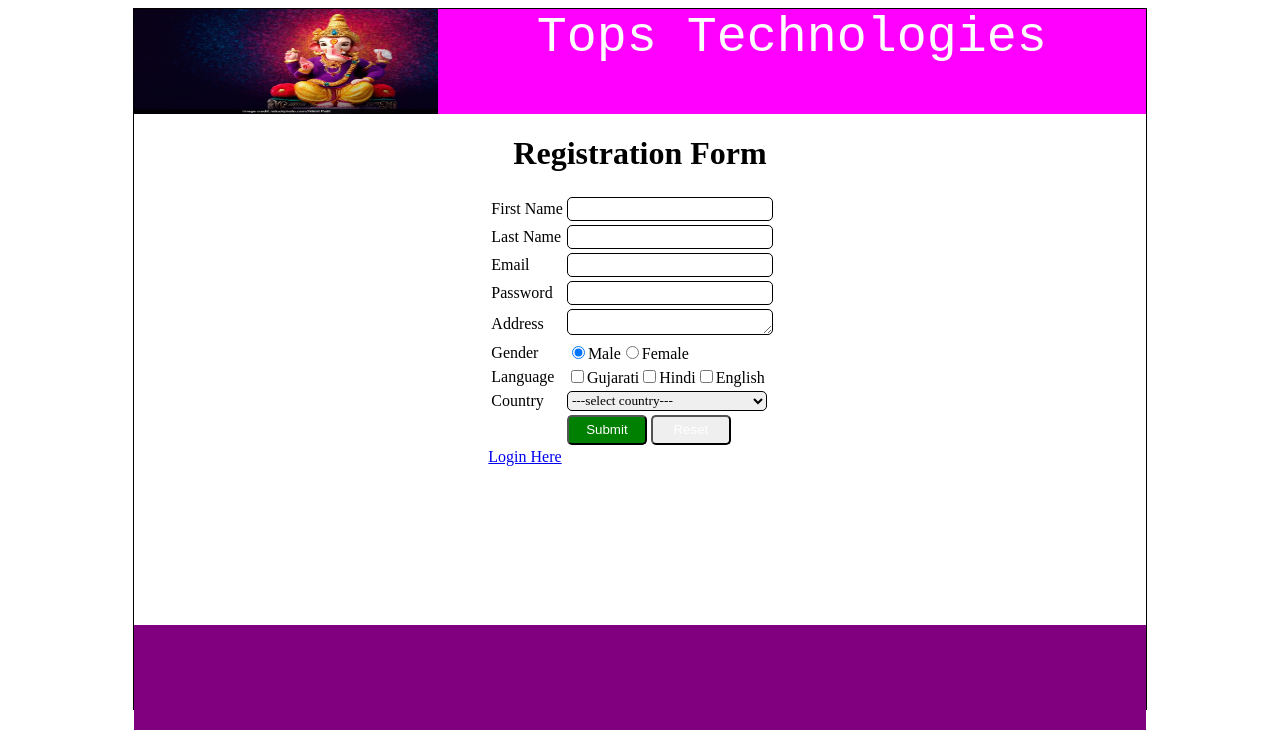
Repository: Laxman877/MyWorkspace
Page: Corejava/Learning_Web/src/main/webapp/division.html
These files come from the project's save history. The page is drawn as it stood at one moment and after the next save; the edit follows.
The browser window is 1280 px wide. The pictures show the whole page.

Above is the page before, as saved 2022-04-27 05:48:10.

### Corejava/Learning_Web/src/main/webapp/division.html
<!DOCTYPE html>
<html>
<head>
<meta charset="ISO-8859-1">
<title>Learn Div</title>
<link href="css/style1.css" rel="stylesheet">
</head>
<body>
<div id="container">
<div id="header">
<div id="logo">
<img alt="" src="image/ganpati bappa.jpg" height="100%" width="100%">
</div>
<div id="title">Tops Technologies</div>
</div>
<div id="main">
<h1 align="center">Registration Form</h1>
<form action="success.html" method="post">
<table>

<tr>
<td><label>First Name</label></td>
<td><input type="text" name="fname" class="textfield"></td>
</tr>

<tr>
<td><label>Last Name</label></td>
<td><input type="text" name="lname" class="textfield"></td>
</tr>

<tr>
<td><label>Email</label></td>
<td><input type="text" name="email" class="textfield"></td>
</tr>

<tr>
<td><label>Password</label></td>
<td><input type="text" name="pass" class="textfield"></td>
</tr>

<tr>
<td><label>Address</label></td>
<td><textarea rows="2" cols="20" name="adr" class="textfield"></textarea></td>
</tr>

<tr>
<td><label>Gender</label></td>
<td><input type="radio" name="gender" checked="checked">Male<input type="radio" name="gender">Female</td>
</tr>

<tr>
<td><label>Language</label></td>
<td><input type="checkbox">Gujarati<input type="checkbox">Hindi<input type="checkbox">English</td>
</tr>

<tr>
<td><label>Country</label></td>
<td><select class="textfield"><option>---select country---</option>
<option>India</option>
<option>USA</option>
<option>UK</option>
</select></td>
</tr>

<tr>
<td></td>
<td><input type="submit" class="btn btn-smt">
<input type="reset" class="btn btn-rst"></td>
</tr>

</table>

<a href="Home.html">Login Here</a>
</form>
</div>
<div id="footer"></div>
</div>
</body>
</html>

### Corejava/Learning_Web/src/main/webapp/css/style1.css
@charset "ISO-8859-1";

#container
{
	width: 80%;
	height: 700px;
	border: 1px	solid black;
	margin: auto;
}
#header
{
	height: 15%;
	background-color: purple;
}
#logo
{
	width: 30%;
	background-color: lime;
	height: 100%;
	float: left;
}
#title
{
	width: 70%;
	background-color: fuchsia;
	height: 100%;
	float: right;
	font-size: 50px;
	text-align: center;
	color: white;
	font-family: monospace;
}
#main
{
	height: 70%;
}
#footer
{
	height: 15%;
	background-color: purple;
}
form
{
	width: 30%;
	margin: auto;
}
.textfield
{
	width: 200px;
	height: 20px;
	border: 1px solid black;
	border-radius: 5px 5px 5px 5px;
	font-family: serif;
}
.btn
{
	width: 80px;
	height: 30px;
	border-radius: 5px 5px 5px 5px;
	color: white;
}
.btn-smt
{
	background-color: green;
}

After the next save:
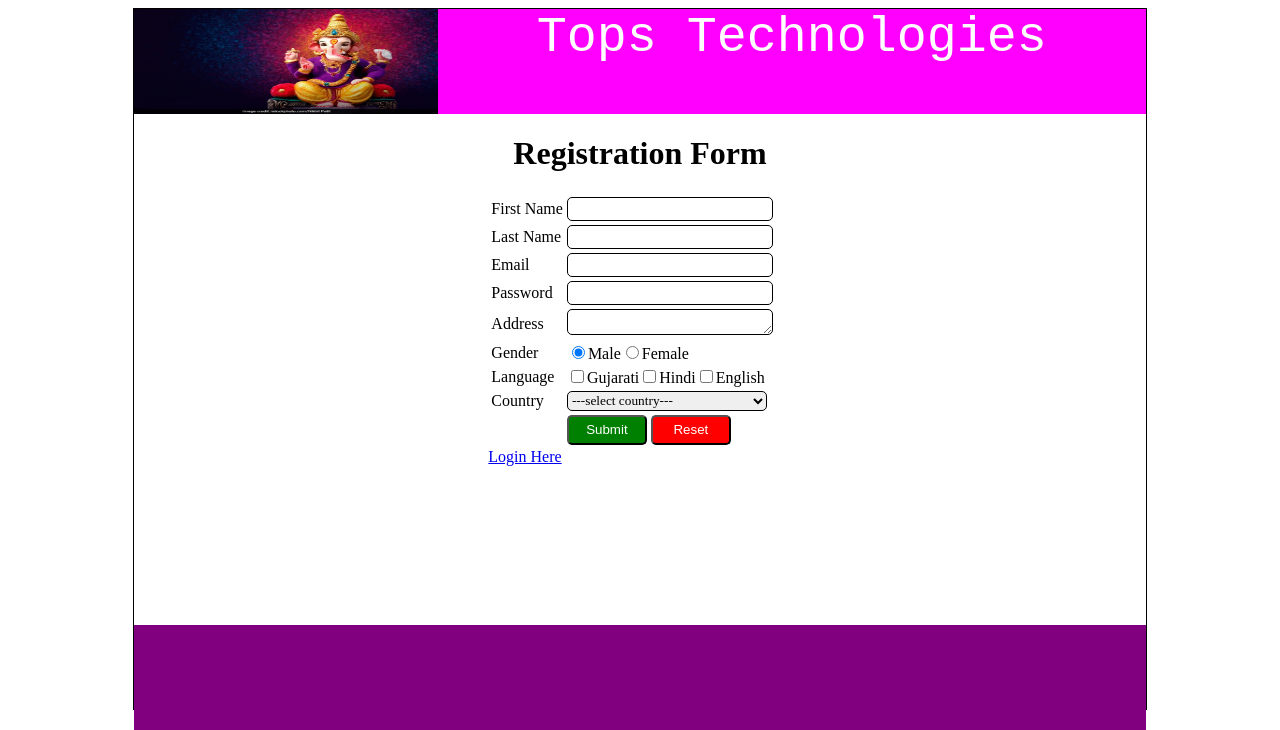
Saved 29 s later.
--- a/Corejava/Learning_Web/src/main/webapp/css/style1.css
+++ b/Corejava/Learning_Web/src/main/webapp/css/style1.css
@@ -63,3 +63,7 @@ form
 {
 	background-color: green;
 }
+.btn-rst
+{
+	background-color: red;
+}
